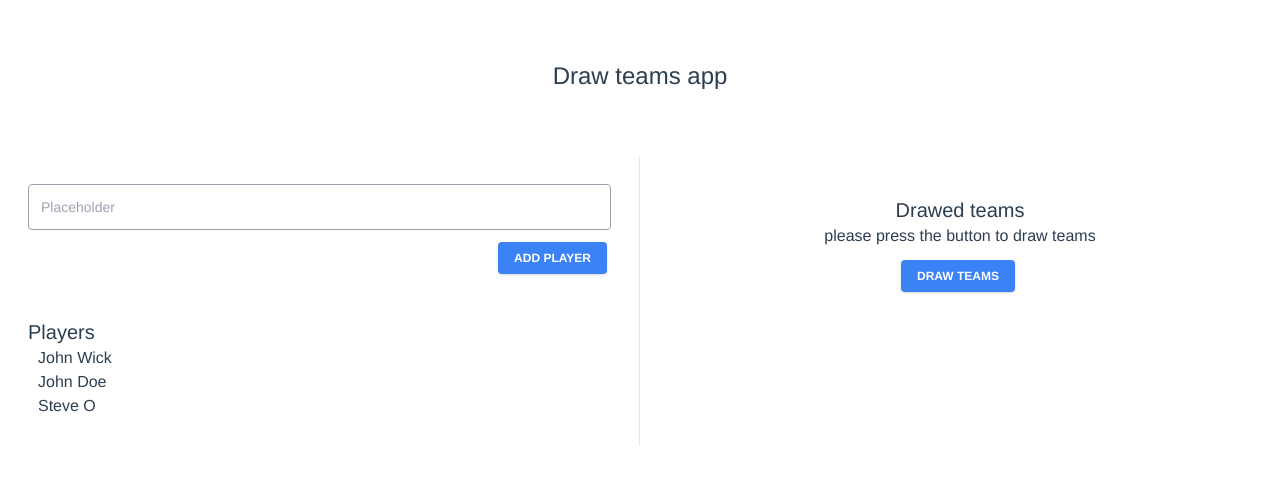
Repository: AlekJanevski/draw-teams-app
Page: /
An editor plug-in stored every save of this project. The page is shown before and after the next save, followed by the edit.
The browser window is 1280 px wide. The pictures show the whole page.
The project was rebuilt for these pictures with package versions that can differ from the ones it lists, and the page was loaded fresh each time.

Above is the page before, as saved 2021-03-18 21:24:03.

### src/components/HelloWorld.vue
<template>
  <div>
    <h1 class="mb-16 text-2xl">Draw teams app</h1>

    <!-- Add user wrapper starts -->
    <div class="float-left w-1/2 h-full mb-3 border-r p-7">
      <form name="add-user" method="post" @submit.prevent="addUser">
        <!-- Add user input starts -->
        <input
          v-model="userInput"
          type="text"
          placeholder="Placeholder"
          class="relative w-full px-3 py-3 text-sm text-gray-700 placeholder-gray-400 bg-white border border-gray-400 rounded outline-none focus:outline-none focus:shadow-outline"
        />
        <!-- Add user input ends -->

        <!-- Add user button starts -->
        <button class="float-right px-4 py-2 mt-3 mb-1 mr-1 text-xs font-bold text-white uppercase bg-blue-500 rounded shadow outline-none active:bg-blue-600 hover:shadow-md focus:outline-none" type="submit" style="transition: all .15s ease">
          Add player
        </button>
        <!-- Add button ends -->
      </form>

      <div v-if="users.length" class="flex flex-col items-start justify-start w-full">
        <h3 class="block text-xl">Players</h3>
        <ul class="flex flex-col items-start justify-start">
          <li v-for="(user, id) in users" :key="id" class="m-0">
            {{ user.name }}
          </li>
        </ul>
      </div>
    </div>
    <!-- Add user wrapper ends -->


    <div class="flex flex-col items-center justify-center float-left w-1/2">
        <h3 class="block mt-0 text-xl">Drawed teams</h3>
        <span>please press the button to draw teams</span>
        <button class="float-right px-4 py-2 mt-3 mb-1 mr-1 text-xs font-bold text-white uppercase bg-blue-500 rounded shadow outline-none active:bg-blue-600 hover:shadow-md focus:outline-none" type="submit" style="transition: all .15s ease">
          Draw teams
        </button>
    </div>

  </div>
</template>

<script>
export default {
  name: 'HelloWorld',

  data() {
    return {
      users: [
        { id: 1, name: 'John Wick' },
        { id: 2, name: 'John Doe' },
        { id: 3, name: 'Steve O' }
      ],
      userInput: '',
      drawTeam: false
    }
  },

  methods: {
    addUser() {
        this.users.push({
          id:this.users.length+1,
          name: this.userInput
      });

      this.userInput = '';
    }
  }
}
</script>

<!-- Add "scoped" attribute to limit CSS to this component only -->
<style scoped>
h3 {
  margin: 40px 0 0;
}
ul {
  list-style-type: none;
  padding: 0;
}
li {
  display: inline-block;
  margin: 0 10px;
}
a {
  color: #42b983;
}
</style>

Loaded but not shown: public/index.html (common file); src/main.js (common file); src/App.vue (common file); src/index.css (common file); tailwind.config.js (common file)

After the next save:
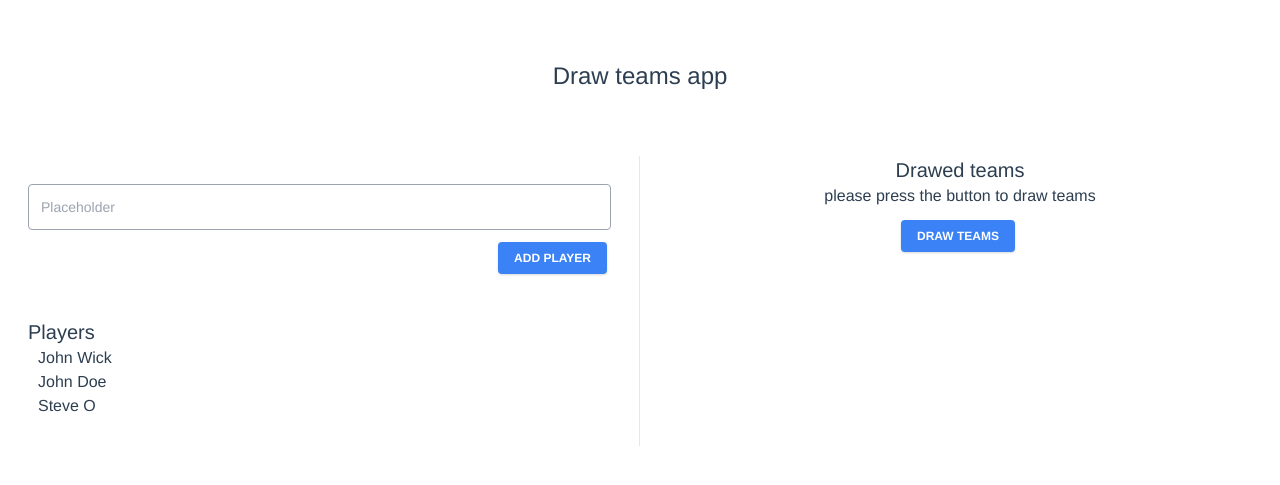
Saved 10 s later.
--- a/src/components/HelloWorld.vue
+++ b/src/components/HelloWorld.vue
@@ -34,7 +34,7 @@
 
 
     <div class="flex flex-col items-center justify-center float-left w-1/2">
-        <h3 class="block mt-0 text-xl">Drawed teams</h3>
+        <span class="block text-xl mt -0">Drawed teams</span>
         <span>please press the button to draw teams</span>
         <button class="float-right px-4 py-2 mt-3 mb-1 mr-1 text-xs font-bold text-white uppercase bg-blue-500 rounded shadow outline-none active:bg-blue-600 hover:shadow-md focus:outline-none" type="submit" style="transition: all .15s ease">
           Draw teams
